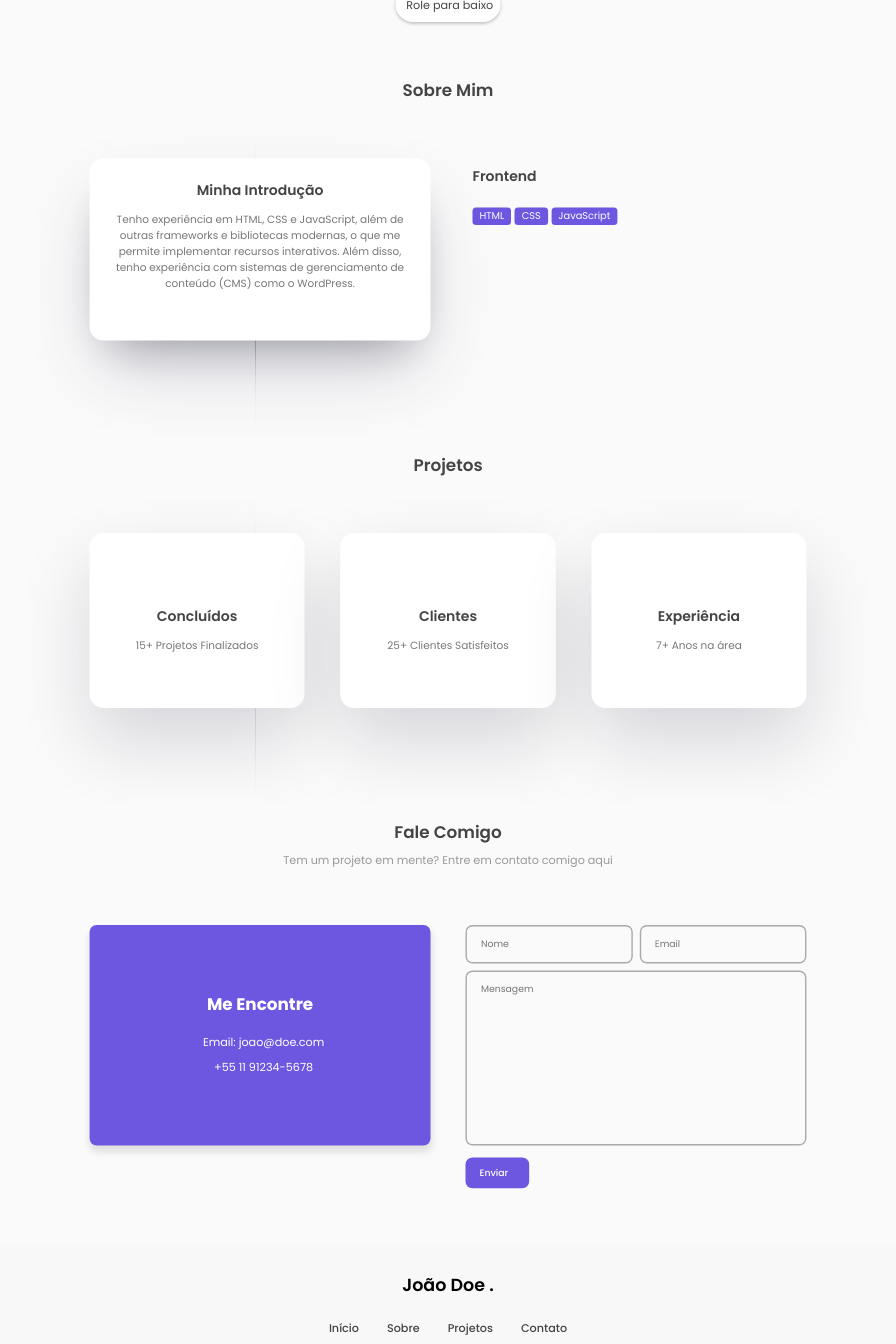
Repository: Matheus904-12/PrePortf
Page: index.html
These files come from the project's save history. The page is drawn as it stood at one moment and after a run of saves; the edit follows.
The browser window is 1280 px wide. The pictures show the part of the page from y = 689 to 2609 px (the page is 2790 px tall), at 70% of full size.
Some icons come from a web library that is not loaded, so they are not drawn.

Above is the page before, as saved 2023-09-29 10:55:29.

### index.html
<!DOCTYPE html>
<html lang="pt-br">

<head>
    <meta charset="UTF-8">
    <meta name="viewport" content="width=device-width, initial-scale=1.0">

    <!-- UNICONS -->
    <link rel="stylesheet" href="https://unicons.iconscout.com/release/v4.0.8/css/line.css">
    <!-- CSS -->
    <link rel="stylesheet" href="style.css">
    <!-- Adicionar favicon -->
    <link rel="shortcut icon" href="assets/images/favicon.png" type="image/x-icon">

    <title>Portfólio | Codingdev</title>
</head>

<body>
    <div class="container">
        <!-- --------------- CABEÇALHO --------------- -->
        <nav id="header">
            <div class="nav-logo">
                <p class="nav-name">Lucindo</p>
                <span>.</span>
            </div>
            <div class="nav-menu" id="myNavMenu">
                <ul class="nav_menu_list">
                    <li class="nav_list">
                        <a href="#home" class="nav-link active-link">Início</a>
                        <div class="circle"></div>
                    </li>
                    <li class="nav_list">
                        <a href="#about" class="nav-link">Sobre</a>
                        <div class="circle"></div>
                    </li>
                    <li class="nav_list">
                        <a href="#projects" class="nav-link">Projetos</a>
                        <div class="circle"></div>
                    </li>
                    <li class="nav_list">
                        <a href="#contact" class="nav-link">Contato</a>
                        <div class="circle"></div>
                    </li>
                </ul>
            </div>
            <div class="nav-menu-btn">
                <i class="uil uil-bars" onclick="myMenuFunction()"></i>
            </div>
        </nav>


        <!-- -------------- PRINCIPAL ---------------- -->
        <main class="wrapper">
            <!-- -------------- DESTAQUE ---------------- -->
            <section class="featured-box" id="home">
                <div class="featured-text">
                    <div class="featured-text-card">
                        <span>Matheus Lucindo</span>
                    </div>
                    <div class="featured-name">
                        <p>Eu sou <span class="typedText"></span></p>
                    </div>
                    <div class="featured-text-info">
                        <p>Desenvolvedor frontend experiente com paixão por criar sites visualmente
                            impressionantes e fáceis de usar.
                        </p>
                    </div>

                    <div class="social_icons">
                        <div class="icon"><i class="uil uil-instagram"></i></div>
                        <div class="icon"><i class="uil uil-linkedin-alt"></i></div>
                        <div class="icon"><i class="uil uil-twitter"></i></div>
                        <div class="icon"><i class="uil uil-github-alt"></i></div>
                        <div class="icon"><i class="uil uil-figma"></i></div> <!-- Adicionado ícone do Figma -->
                    </div>
                </div>
                <div class="featured-image">
                    <div class="image">
                        <img src="./perfil.png" alt="avatar">
                    </div>
                </div>
                <div class="scroll-icon-box">
                    <a href="#about" class="scroll-btn">
                        <i class="uil uil-mouse-alt"></i>
                        <p>Role para baixo</p>
                    </a>
                </div>

            </section>
            <!-- -------------- SOBRE ---------------- -->
            <section class="section" id="about">
                <div class="top-header">
                    <h1>Sobre Mim</h1>
                </div>
                <div class="row">
                    <div class="col">
                        <div class="about-info">
                            <h3>Minha Introdução</h3>
                            <p>Tenho experiência em HTML, CSS e JavaScript, além de outras frameworks e bibliotecas
                                modernas, o que me permite implementar recursos interativos. Além disso, tenho
                                experiência com sistemas de gerenciamento de conteúdo (CMS) como o WordPress.
                            </p>
                        </div>
                    </div>
                    <div class="col">
                        <div class="skills-box">
                            <div class="skills-header">
                                <h3>Frontend</h3>
                            </div>
                            <div class="skills-list">
                                <span>HTML</span>
                                <span>CSS</span>
                                <span>JavaScript</span>
                            </div>
                        </div>





            </section>

            <!-- -------------- PROJETOS ---------------- -->

            <section class="section" id="projects">
                <div class="top-header">
                    <h1>Projetos</h1>
                </div>
                <div class="project-container">
                    <div class="project-box">
                        <i class="uil uil-briefcase-alt"></i>
                        <h3>Concluídos</h3>
                        <label>15+ Projetos Finalizados</label>
                    </div>
                    <div class="project-box">
                        <i class="uil uil-users-alt"></i>
                        <h3>Clientes</h3>
                        <label>25+ Clientes Satisfeitos</label>
                    </div>
                    <div class="project-box">
                        <i class="uil uil-award"></i>
                        <h3>Experiência</h3>
                        <label>7+ Anos na área</label>
                    </div>
                </div>
            </section>

            <!-- -------------- CONTATO ---------------- -->

            <section class="section" id="contact">
                <div class="top-header">
                    <h1>Fale Comigo</h1>
                    <span>Tem um projeto em mente? Entre em contato comigo aqui</span>
                </div>
                <div class="row">
                    <div class="col">
                        <div class="contact-info">
                            <h2>Me Encontre <i class="uil uil-corner-right-down"></i></h2>
                            <p><i class="uil uil-envelope"></i> Email: joao@doe.com</p>
                            <p><i class="uil uil-phone"></i> +55 11 91234-5678</p>
                        </div>
                    </div>
                    <div class="col">
                        <div class="form-control">
                            <div class="form-inputs">
                                <input type="text" class="input-field" placeholder="Nome">
                                <input type="text" class="input-field" placeholder="Email">
                            </div>
                            <div class="text-area">
                                <textarea placeholder="Mensagem"></textarea>
                            </div>
                            <div class="form-button">
                                <button class="btn">Enviar <i class="uil uil-message"></i></button>
                            </div>
                        </div>
                    </div>
                </div>
            </section>

        </main>


        <!-- --------------- RODAPÉ --------------- -->
        <footer>
            <div class="top-footer">
                <p>João Doe .</p>
            </div>
            <div class="middle-footer">
                <ul class="footer-menu">
                    <li class="footer_menu_list">
                        <a href="#home">Início</a>
                    </li>
                    <li class="footer_menu_list">
                        <a href="#about">Sobre</a>
                    </li>
                    <li class="footer_menu_list">
                        <a href="#projects">Projetos</a>
                    </li>
                    <li class="footer_menu_list">
                        <a href="#contact">Contato</a>
                    </li>
                </ul>
            </div>
            <div class="footer-social-icons">
                <div class="icon"><i class="uil uil-instagram"></i></div>
                <div class="icon"><i class="uil uil-linkedin-alt"></i></div>
                <div class="icon"><i class="uil uil-twitter"></i></div>
                <div class="icon"><i class="uil uil-github-alt"></i></div>
                <div class="icon"><i class="uil uil-figma"></i></div> <!-- Adicionado ícone do Figma -->
            </div>
            <div class="bottom-footer">
                <p>Direitos Autorais &copy; <a href="#home" style="text-decoration: none;">João Doe</a> - Todos os direitos
                    reservados
                </p>
            </div>
        </footer>

    </div>

    <!-- ----- TYPING JS Link ----- -->
    <script src="https://unpkg.com/typed.js@2.0.16/dist/typed.umd.js"></script>

    <!-- ----- SCROLL REVEAL JS Link----- -->
    <script src="https://unpkg.com/scrollreveal"></script>

    <!-- ----- MAIN JS ----- -->
    <script src="./script.js"></script>
</body>

</html>

### style.css
/* ----- POPPINS FONT Link ----- */
@import url('https://fonts.googleapis.com/css2?family=Poppins:wght@400;500;600;700&display=swap');

/* ----- VARIABLES ----- */
:root{
    --body-color: rgb(250, 250, 250);
    --color-white: rgb(255, 255, 255);

    --text-color-second: rgb(68, 68, 68);
    --text-color-third: rgb(30, 159, 171);

    --first-color: rgb(110, 87, 224);
    --first-color-hover: rgb(40, 91, 212);

    --second-color: rgb(110, 87, 224);
    --third-color: rgb(192, 166, 49);
    --first-shadow-color: rgba(0, 0, 0, 0.1);

}

/* ----- BASE ----- */
*{
    margin: 0;
    padding: 0;
    box-sizing: border-box;
    font-family: 'Poppins', sans-serif;
}

/* ----- SMOOTH SCROLL ----- */
html{
    scroll-behavior: smooth;
}

/* ----- CHANGE THE SCROLL BAR DESIGN ----- */
::-webkit-scrollbar{
    width: 10px;
    border-radius: 25px;
}
::-webkit-scrollbar-track{
    background: #f1f1f1;
}
::-webkit-scrollbar-thumb{
    background: #ccc;
    border-radius: 30px;
}
::-webkit-scrollbar-thumb:hover{
    background: #bbb;
}


/* ---##-- REUSABLE CSS --##--- */

/* ----- GLOBAL BUTTON DESIGN ----- */
.btn{
    font-weight: 500;
    padding: 12px 20px;
    background: #efefef;
    border: none;
    border-radius: 10px;
    cursor: pointer;
    transition: .4s;
}
.btn>i{
    margin-left: 10px;
}
.btn:hover{
    background: var(--second-color);
    color: var(--color-white);
}

/* ----- GLOBAL ICONS DESIGN ----- */
i{
    font-size: 16px;
}

/* ------- BASE -------- */
body{
    background: var(--body-color);
}
.container{
    width: 100%;
    position: relative;
    overflow-x: hidden; /* not mandatory */
}

/* ----- NAVIGATION BAR ----- */
nav{
    position: fixed;
    display: flex;
    justify-content: space-between;
    width: 100%;
    height: 90px;
    line-height: 90px;
    background: var(--body-color);
    padding-inline: 9vw;
    transition: .3s;
    z-index: 100;
}
.nav-logo{
   position: relative;
}
.nav-name{
    font-size: 30px;
    font-weight: 600;
    color: var(--text-color-third);
}
.nav-logo span{
    position: absolute;
    top: -15px;
    right: -20px;
    font-size: 5em;
    color: var(--text-color-second);
}
.nav-menu, .nav_menu_list{
    display: flex;
}
.nav-menu .nav_list{
    list-style: none;
    position: relative;
}
.nav-link{
    text-decoration: none;
    color: var(--text-color-second);
    font-weight: 500;
    padding-inline: 15px;
    margin-inline: 20px;
}
.nav-menu-btn{
    display: none;
}
.nav-menu-btn i{
    font-size: 28px;
    cursor: pointer;
}
.active-link{
    position: relative;
    color: var(--first-color);
    transition: .3;
}
.active-link::after{
    content: '';
    position: absolute;
    left: 50%;
    bottom: -15px;
    transform: translate(-50%, -50%);
    width: 5px;
    height: 5px;
    background: var(--first-color);
    border-radius: 50%;
}


/* ----- WRAPPER DESIGN ----- */
.wrapper{
    padding-inline: 10vw;
}

/* ----- FEATURED BOX ----- */
.featured-box{
    position: relative;
    display: flex;
    height: 100vh;
    min-height: 700px;
}

/* ----- FEATURED TEXT BOX ----- */
.featured-text{
    position: relative;
    display: flex;
    justify-content: center;
    align-content: center;
    min-height: 80vh;
    flex-direction: column;
    width: 50%;
    padding-left: 20px;
}
.featured-text-card span{
    background: var(--third-color);
    color: var(--color-white);
    padding: 3px 8px;
    font-size: 12px;
    border-radius: 5px;
}
.featured-name{
    font-size: 50px;
    font-weight: 600;
    color: var(--text-color-second);
    margin-block: 20px;
}
.typedText{
    text-transform: capitalize;
    color: var(--text-color-third);
}
.featured-text-info{
    font-size: 15px;
    margin-bottom: 30px;
    color: var(--text-color-second);
}
.featured-text-btn{
    display: flex;
    gap: 20px;
}
.featured-text-btn>.blue-btn{
    background: var(--first-color);
    color: var(--color-white);
}
.featured-text-btn>.blue-btn:hover{
    background: var(--first-color-hover);
}
.social_icons{
    display: flex;
    margin-top: 5em;
    gap: 30px;
}
.icon{
    display: flex;
    justify-content: center;
    align-items: center;
    width: 40px;
    height: 40px;
    border-radius: 50%;
    box-shadow: 0px 2px 5px 0px rgba(0, 0, 0, 0.25);
    cursor: pointer;
}
.icon:hover{
    color: var(--first-color);
}

/* ----- FEATURED IMAGE BOX ----- */
.featured-image{
    display: flex;
    justify-content: right;
    align-content: center;
    min-height: 80vh;
    width: 50%;
}
.image{
    margin: auto 0;
    width: 380px;
    height: 380px;
    animation: imgFloat 7s ease-in-out infinite;
}
.image img{
    width: 380px;
    height: 380px;
    object-fit: contain;
}
@keyframes imgFloat {
    50%{
        transform: translateY(10px);
    }
}
.scroll-btn{
   position: absolute;
   bottom: 0;
   left: 50%;
   translate: -50%;
   display: flex;
   justify-content: center;
   align-items: center;
   width: 150px;
   height: 50px;
   gap: 5px;
   text-decoration: none;
   color: var(--text-color-second);
   background: var(--color-white);
   border-radius: 30px;
   box-shadow: 0 2px 5px 0 rgba(0, 0, 0, 0.25);
}
.scroll-btn i{
    font-size: 20px;
}

/* ----- MAIN BOX ----- */
.section{
    padding-block: 5em;
}
.row{
    display: flex;
    justify-content: space-between;
    width: 100%;
    gap: 50px;
}
.col{
    display: flex;
    width: 50%;
}

/* -- ## --- RESUABLE CSS -- ## -- */
.top-header{
    text-align: center;
    margin-bottom: 5em;
}
.top-header h1{
    font-weight: 600;
    color: var(--text-color-second);
    margin-bottom: 10px;
}
.top-header span{
    color: #999;
}
h3{
    font-size: 20px;
    font-weight: 600;
    color: var(--text-color-second);
    margin-bottom: 15px;
}

/* ----- ABOUT INFO ----- */
.about-info{
    position: relative;
    display: flex;
    align-items: center;
    flex-direction: column;
    padding-block: 30px 70px;
    padding-inline: 20px;
    width: 100%;
    background: var(--color-white);
    box-shadow: rgba(50, 50, 93, 0.25) 0px 50px 100px -20px, rgba(0, 0, 0, 0.3) 0px 30px 60px -30px;
    border-radius: 20px;
}
.about-info p{
    text-align: center;
    font-size: 15px;
    color: #777;
}
.about-btn button{
    position: absolute;
    right: 20px;
    bottom: 20px;
    background: var(--first-color);
    color: var(--color-white);
    border-radius: 30px;
}
.about-btn button:hover{
    background: var(--first-color-hover);
}

/* ----- ABOUT / SKILLS BOX ----- */
.skills-box{
    margin: 10px;
}
.skills-header{
    margin-bottom: 30px;
}
.skills-list{
    display: flex;
    flex-wrap: wrap;
    gap: 5px;
}
.skills-list span{
    font-size: 14px;
    background: var(--first-color);
    color: var(--color-white);
    padding: 2px 10px;
    border-radius: 5px;
}

/* ----- PROJECTS BOX ----- */
.project-container{
    display: flex;
    width: 100%;
    justify-content: space-between;
    gap: 20px;
    flex-wrap: wrap;
}
.project-box{
    position: relative;
    display: flex;
    justify-content: center;
    align-items: center;
    flex-direction: column;
    width: 30%;
    height: 250px;
    background: var(--color-white);
    border-radius: 20px;
    box-shadow: rgba(17, 12, 46, 0.15) 0px 48px 100px 0px;
    overflow: hidden;
}
.project-box>i{
    font-size: 50px;
    color: #00B5E7;
    margin-bottom: 25px;
}
.project-box label{
    font-size: 15px;
    color: #777;
}
.project-box::after, .contact-info::after{
    content: "";
    position: absolute;
    bottom: -100%;
    background: var(--second-color);
    width: 100%;
    height: 100%;
    transition: .4s;
    z-index: 1;
}
.project-box:hover.project-box::after,
.contact-info:hover.contact-info::after{
    bottom: 0;
}
.project-box:hover.project-box i,
.project-box:hover.project-box>h3,
.project-box:hover.project-box>label{
    color: var(--color-white);
    z-index: 2;
}

/* ----- CONTACT BOX ----- */
.contact-info{
    position: relative;
    display: flex;
    flex-direction: column;
    justify-content: center;
    align-items: center;
    padding: 20px 30px;
    width: 100%;
    height: 315px;
    background: var(--second-color);
    border-radius: 10px;
    box-shadow: 1px 8px 10px 2px var(--first-shadow-color);
    overflow: hidden;
}
.contact-info>h2{
    color: var(--color-white);
    margin-bottom: 20px;
}
.contact-info>p{
    display: flex;
    align-items: center;
    gap: 10px;
    color: var(--color-white);
    margin-block: 5px;
}
.contact-info p>i{
    font-size: 18px;
}
.contact-info::after{
    background: var(--color-white);
}
.contact-info:hover.contact-info h2,
.contact-info:hover.contact-info p,
.contact-info:hover.contact-info i{
    color: #777;
    z-index: 2;
}

/* ----- CONTACT FORM ----- */
.form-control{
    display: flex;
    flex-direction: column;
    gap: 10px;
    width: 100%;
}
.form-inputs{
    display: flex;
    gap: 10px;
    width: 100%;
}
.input-field{
    width: 50%;
    height: 55px;
    background: transparent;
    border: 2px solid #AAA;
    border-radius: 10px;
    padding-inline: 20px;
    outline: none;
}
textarea{
    width: 100%;
    height: 250px;
    background: transparent;
    border: 2px solid #AAA;
    border-radius: 10px;
    padding: 15px 20px;
    outline: none;
    resize: none;
}
.form-button>.btn{
    display: flex;
    align-items: center;
    justify-content: center;
    background: var(--second-color);
    color: var(--color-white);
}
.form-button>.btn:hover{
    background: #00B5E7;
}
.form-button i{
    font-size: 18px;
    rotate: -45deg;
}

/* ----- FOOTER BOX ----- */
footer{
    display: flex;
    justify-content: center;
    align-items: center;
    flex-direction: column;
    row-gap: 30px;
    background: #F8F8F8;
    padding-block: 40px 60px;
}
.top-footer p{
    font-size: 25px;
    font-weight: 600;
}
.middle-footer .footer-menu{
    display: flex;
}
.footer_menu_list{
    list-style: none;
}
.footer_menu_list a{
    text-decoration: none;
    color: var(--text-color-second);
    font-weight: 500;
    margin-inline: 20px;
}
.footer-social-icons{
    display: flex;
    gap: 30px;
}
.bottom-footer{
    font-size: 14px;
    margin-top: 10px;
}


/* ----- MEDIA QUERY == 1024px / RESPONSIVE ----- */
@media only screen and (max-width: 1024px){
    .featured-text{
        padding: 0;
    }
    .image, .image img{
        width: 320px;
        height: 320px;
    }
}

/* ----- MEDIA QUERY == 900px / RESPONSIVE ----- */
@media only screen and (max-width: 900px) {
    .nav-button{
        display: none;
    }
    .nav-menu.responsive{
        left: 0;
    }
    .nav-menu{
        position: fixed;
        top: 80px;
        left: -100%;
        flex-direction: column;
        justify-content: center;
        align-items: center;
        background: rgba(255, 255, 255, 0.7);
        backdrop-filter: blur(20px);
        width: 100%;
        min-height: 450px;
        height: 90vh;
        transition: .3s;
    }
    .nav_menu_list{
        flex-direction: column;
    }
    .nav-menu-btn{
        display: flex;
        align-items: center;
        justify-content: center;
    }
    .featured-box{
        flex-direction: column;
        justify-content: center;
        height: 100vh;
    }
    .featured-text{
        width: 100%;
        order: 2;
        justify-content: center;
        align-content: flex-start;
        min-height: 60vh;
    }
    .social_icons{
        margin-top: 2em;
    }
    .featured-image{
        order: 1;
        justify-content: center;
        min-height: 150px;
        width: 100%;
        margin-top: 65px;
    }
    .image, .image img{
        width: 150px;
        height: 150px;
    }
    .row{
        display: flex;
        flex-direction: column;
        justify-content: center;
        gap: 50px;
    }
    .col{
        display: flex;
        justify-content: center;
        width: 100%;
    }
    .about-info, .contact-info{
        width: 100%;
    }
    .project-container{
        justify-content: center;
    }
    .project-box{
        width: 80%;
    }

}

/* ----- MEDIA QUERY == 540px / RESPONSIVE ----- */

@media only screen and (max-width: 540px){
    .featured-name{
        font-size: 40px;
    }
    .project-box{
        width: 100%;
    }
    .form-inputs{
        flex-direction: column;
    }
    .input-field{
        width: 100%;
    }
}

Loaded but not shown: script.js (117 lines, source omitted)

After the next 2 saves:
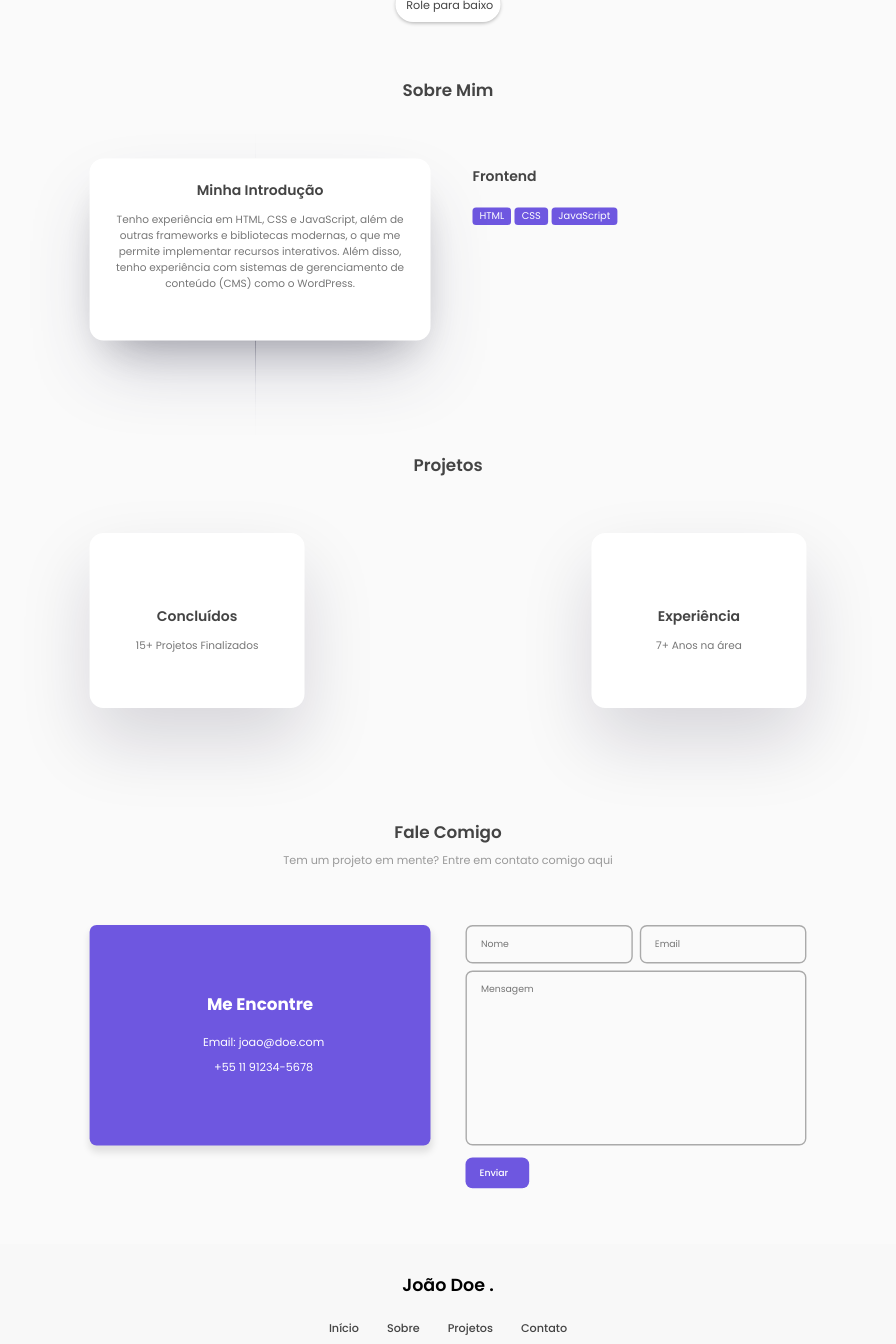
The 2 saves are shown as one change because they came seconds apart.
The last was saved 64 s later.
--- a/index.html
+++ b/index.html
@@ -133,11 +133,6 @@
                         <label>15+ Projetos Finalizados</label>
                     </div>
                     <div class="project-box">
-                        <i class="uil uil-users-alt"></i>
-                        <h3>Clientes</h3>
-                        <label>25+ Clientes Satisfeitos</label>
-                    </div>
-                    <div class="project-box">
                         <i class="uil uil-award"></i>
                         <h3>Experiência</h3>
                         <label>7+ Anos na área</label>
